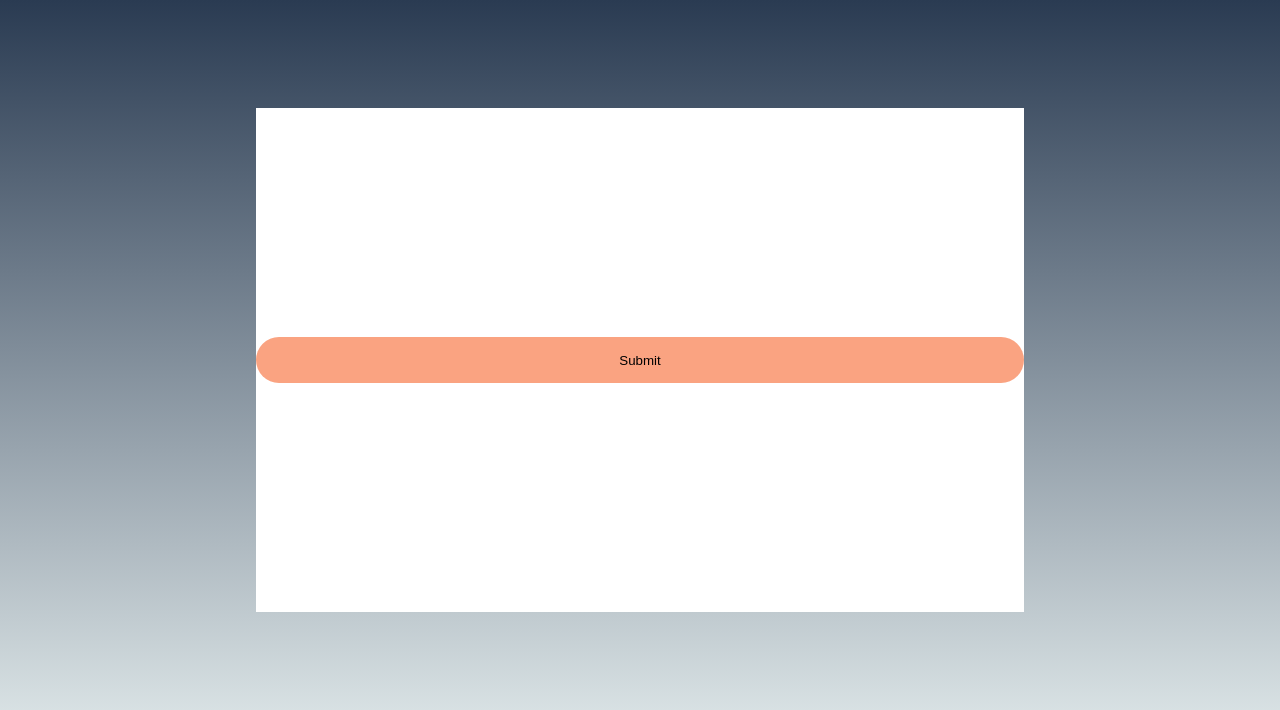
Repository: fatimash2123/todoApp
Page: /
The author's editor kept a copy of each file at every save. The page is drawn from the files as they stood at one save, then again after the next save.
The browser window is 1280 px wide. The pictures show the whole page.
The project was rebuilt for these pictures with package versions that can differ from the ones it lists, and the page was loaded fresh each time.

Above is the page before, as saved 2024-02-12 16:47:35.

After the next save:
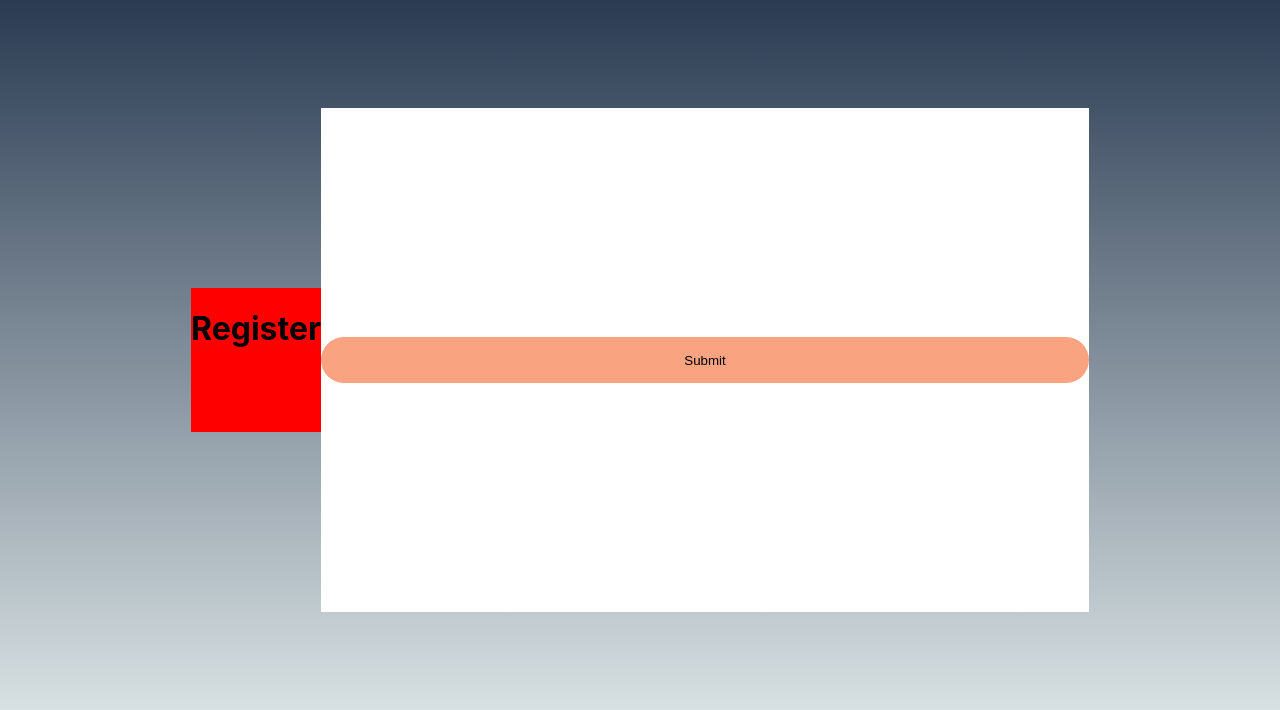
Saved 72 s later.
--- a/src/components/FormicContainer/FormicContainer.tsx
+++ b/src/components/FormicContainer/FormicContainer.tsx
@@ -22,7 +22,9 @@ function FormicContainer() {
   };
   return (
     <>
-    <div className={styles.upperContainer}></div>
+    <div className={styles.upperContainer}>
+        <h1>Register</h1>
+    </div>
     <Formik className={styles.formikContainer}
       initialValues={initialValues}
       validationSchema={validationSchema}
